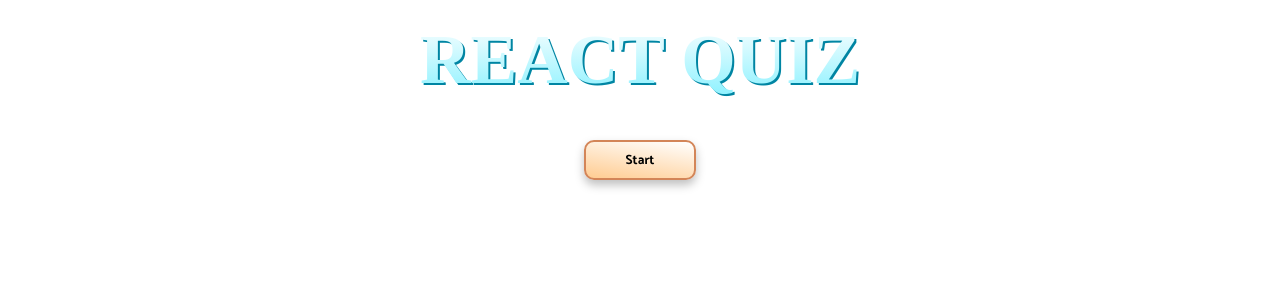
Repository: KrzysKolo/quizAPP
Page: /
The author's editor kept a copy of each file at every save. The page is drawn from the files as they stood at one save, then again after the next save.
The browser window is 1280 px wide. The pictures show the whole page.
The project was rebuilt for these pictures with package versions that can differ from the ones it lists, and the page was loaded fresh each time. Also part of the build but not shown: src/components/QuestionCard.style.ts, src/components/QuestionCard.tsx.

Above is the page before, as saved 2021-04-25 00:18:51.

### public/index.html
<!DOCTYPE html>
<html lang="en">
  <head>
    <meta charset="utf-8" />
    <link rel="icon" href="%PUBLIC_URL%/favicon.ico" />
    <meta name="viewport" content="width=device-width, initial-scale=1" />
    <meta name="theme-color" content="#000000" />
    <meta
      name="description"
      content="Web site created using create-react-app"
    />
    <link rel="apple-touch-icon" href="%PUBLIC_URL%/logo192.png" />
    <!--
      manifest.json provides metadata used when your web app is installed on a
      user's mobile device or desktop. See https://developers.google.com/web/fundamentals/web-app-manifest/
    -->
    <link rel="manifest" href="%PUBLIC_URL%/manifest.json" />
    <!--
      Notice the use of %PUBLIC_URL% in the tags above.
      It will be replaced with the URL of the `public` folder during the build.
      Only files inside the `public` folder can be referenced from the HTML.

      Unlike "/favicon.ico" or "favicon.ico", "%PUBLIC_URL%/favicon.ico" will
      work correctly both with client-side routing and a non-root public URL.
      Learn how to configure a non-root public URL by running `npm run build`.
    -->
    <link rel="preconnect" href="https://fonts.gstatic.com">
<link href="https://fonts.googleapis.com/css2?family=Catamaran:wght@700&family=Roboto&display=swap" rel="stylesheet">
    <title>Quiz App</title>
  </head>
  <body>
    <noscript>You need to enable JavaScript to run this app.</noscript>
    <div id="root"></div>
    <!--
      This HTML file is a template.
      If you open it directly in the browser, you will see an empty page.

      You can add webfonts, meta tags, or analytics to this file.
      The build step will place the bundled scripts into the <body> tag.

      To begin the development, run `npm start` or `yarn start`.
      To create a production bundle, use `npm run build` or `yarn build`.
    -->
  </body>
</html>

### src/App.tsx
import React, { useState } from 'react'
import QuestionCard from './components/QuestionCard';
import { fetchQuizQuestions } from './API';
import { QuestionState, Difficulty } from './API';
import { GlobalStyle, Wrapper } from './App.style';

export interface AnswerObject  {
  question: string;
  answer: string;
  correct: boolean;
  correctAnswer: string;
}

const TOTAL_QUESTIONS = 10;

const App = () => {
  const [loading, setLoading] = useState(false);
  const [questions, setQuestions] = useState<QuestionState[]>([]);
  const [number, setNumber] = useState(0);
  const [userAnswers, setUserAnswers] = useState<AnswerObject[]>([]);
  const [score, setScore] = useState(0);
  const [gameOver, setGameOver] = useState(true);

  console.log(questions);

  const startTrivia = async () => {
    setLoading(true);
    setGameOver(false);

    const newQuestions = await fetchQuizQuestions(
      TOTAL_QUESTIONS,
      Difficulty.EASY
    );

    setQuestions(newQuestions);
    setScore(0);
    setUserAnswers([]);
    setNumber(0);
    setLoading(false);
  };


  const checkAnswer = (e: React.MouseEvent<HTMLButtonElement>) => {
    if (!gameOver) {
      const answer = e.currentTarget.value;
      const correct = questions[number].correct_answer === answer;
      if (correct) setScore(prev => prev + 1);
      const answerObject = {
        question: questions[number].question,
        answer,
        correct,
        correctAnswer: questions[number].correct_answer,
      }
      setUserAnswers((prev) => [...prev, answerObject])
    }
  };
  const nextQuestion = () => {
    const nextQuestion = number + 1;
    if (nextQuestion === TOTAL_QUESTIONS) {
      setGameOver(true);
    } else {
      setNumber(nextQuestion);
    }

  };

  return (
    <>
      <GlobalStyle />
      <Wrapper>
        <section className="header">
          <h1>REACT QUIZ</h1>
        </section>
      {gameOver || userAnswers.length === TOTAL_QUESTIONS ? (
        <button className="start" onClick={startTrivia}>
          Start
        </button>
      ): null}
      { !gameOver ? <p className="score">Score: {score} </p> : null}
      { loading && <p >Loading Questions... </p>  }
      { !loading && !gameOver && (<QuestionCard
        questionNr={number + 1}
        totalQuestions={TOTAL_QUESTIONS}
        question={questions[number].question}
        answers={questions[number].answers}
        userAnswer={userAnswers ? userAnswers[number] : undefined}
        callback={checkAnswer}

      />)}
      {!gameOver && !loading && userAnswers.length === number + 1 && number !== TOTAL_QUESTIONS - 1 ? (
          <button className='next' onClick={nextQuestion}>
            Next Question
          </button>
        ) : null}
      </Wrapper>
      </>
  )
}

export default App

### src/API.ts
import { shuffleArray } from './utils';
export interface Question  {
  category: string;
  correct_answer: string;
  difficulty: string;
  incorrect_answers: string[];
  question: string;
  type: string;
};

export enum Difficulty {
  EASY = "easy",
  MEDIUM = "medium",
  HARD = "hard",
}

export type QuestionState = Question & { answers: string[] };

export const fetchQuizQuestions = async (amount: number, difficulty: Difficulty): Promise<QuestionState[]> => {
  const request = `https://opentdb.com/api.php?amount=${amount}&difficulty=${difficulty}&type=multiple`;
 console.log(request)
  const data = await (await fetch(request)).json();
  return data.results.map((question: Question) => ({
    ...question,
    answers: shuffleArray([...question.incorrect_answers, question.correct_answer])
  }))
};

### src/App.style.ts
import styled, { createGlobalStyle } from 'styled-components';

import BGImage from './images/question-mark-2492009_1920.jpg';

export const GlobalStyle = createGlobalStyle`
  html {
    height: 100vh;

  }

    body {

      background-size: cover;
      margin: 0;
      padding: 0 20px;
      display: flex;
      justify-content: center;
    }
    *{
      box-sizing: border-box;
      font-family: 'Catamaran', sans-serif;

    }
`;

export const Wrapper = styled.div`
  display: flex;
  flex-direction: column;
  align-items: center;

  > p {
    color: #fff;
  }
  .score {
    color: #fff;
    font-size: 2rem;
    margin: 0;
  }
  h1 {
    font-family: Fascinate Inline;
    background-image: linear-gradient(180deg, #fff, #87f1ff);
    background-size: 100%;
    background-clip: text;
    -webkit-background-clip: text;
    -webkit-text-fill-color: transparent;
    -moz-background-clip: text;
    -moz-text-fill-color: transparent;
    filter: drop-shadow(2px 2px #0085a3);
    font-size: 70px;
    text-align: center;
    margin: 20px;
  }
  .start, .next {
    cursor: pointer;
    background: linear-gradient(189deg, #fff, #ffcc91);
    border: 2px solid #d38558;
    box-shadow: 0px 5px 10px rgba(0, 0, 0, .25);
    border-radius: 10px;
    height: 40px;
    margin: 20px 0;
    padding: 0 40px;
  }
  .start {
    max-width: 200px;
  }
`;

### src/utils.ts
export const shuffleArray = (array: any[]) =>
[...array].sort(() => Math.random() - 0.5)

Loaded but not shown: src/index.tsx (common file); src/index.css (common file)

After the next save:
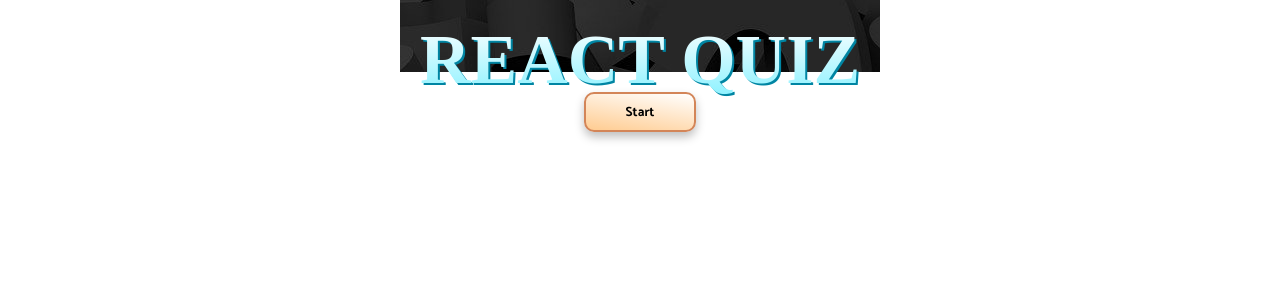
Saved 33 s later.
--- a/src/App.style.ts
+++ b/src/App.style.ts
@@ -9,7 +9,6 @@ export const GlobalStyle = createGlobalStyle`
   }
 
     body {
-
       background-size: cover;
       margin: 0;
       padding: 0 20px;
@@ -27,7 +26,10 @@ export const Wrapper = styled.div`
   display: flex;
   flex-direction: column;
   align-items: center;
-
+  .header {
+    background-image: url(${BGImage});
+    height:10vh;
+  }
   > p {
     color: #fff;
   }
